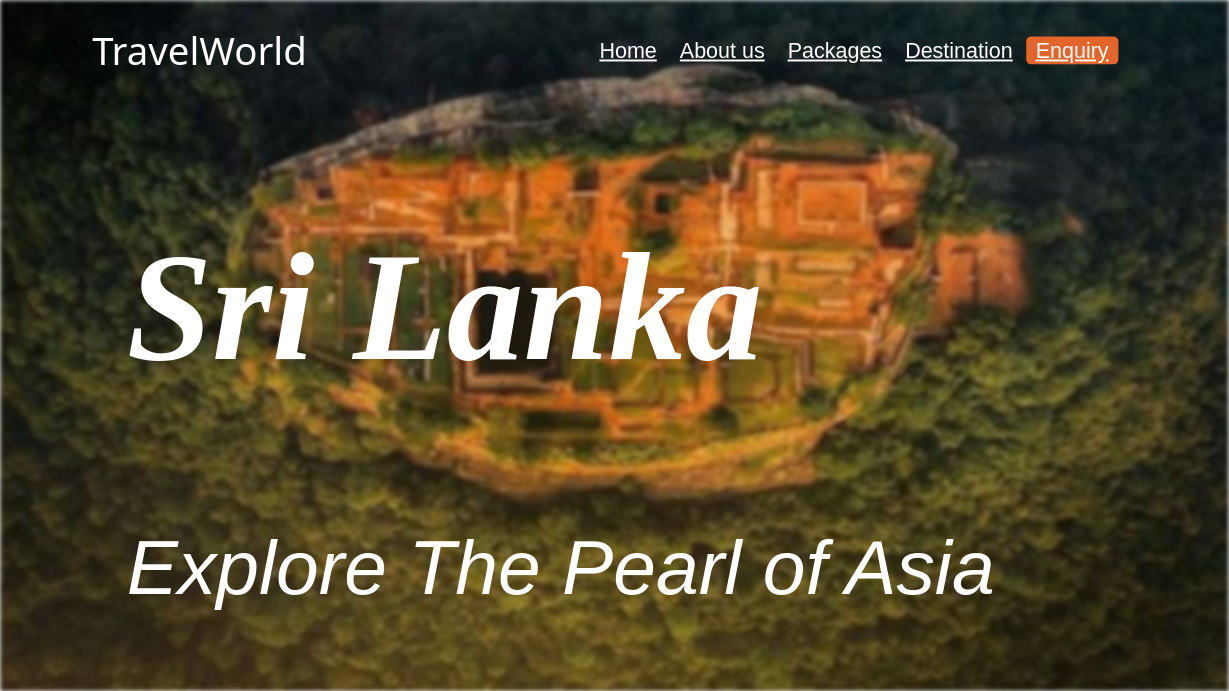
Repository: Haakim19/TavelWorld
Page: HTML/Home.html
An editor plug-in stored every save of this project. The page is shown before and after the next save, followed by the edit.
The browser window is 1280 px wide. The pictures show the whole page, at 96% of full size.
Some web fonts or font styles are not loaded; a fallback is used.

Above is the page before, as saved 2024-11-02 10:56:49.

After the next save:
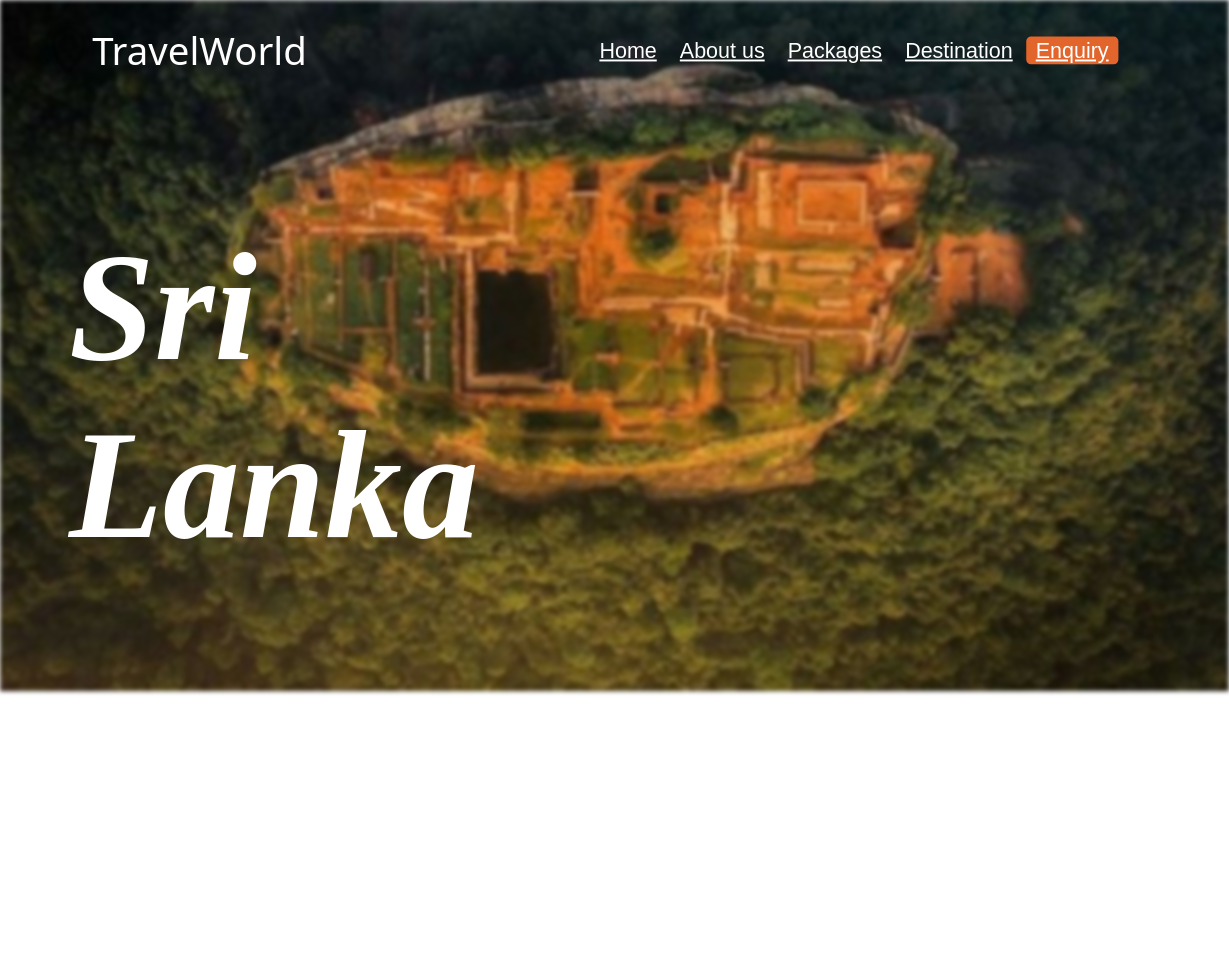
Saved 14 s later.
--- a/CSS/Navbar.css
+++ b/CSS/Navbar.css
@@ -73,7 +73,7 @@ section {
     margin-top: 10px;
     margin-right: 10vh;
     margin-left: 10vh;
-    inline-size: 80%;
+    inline-size: 50%;
 
 }
 
